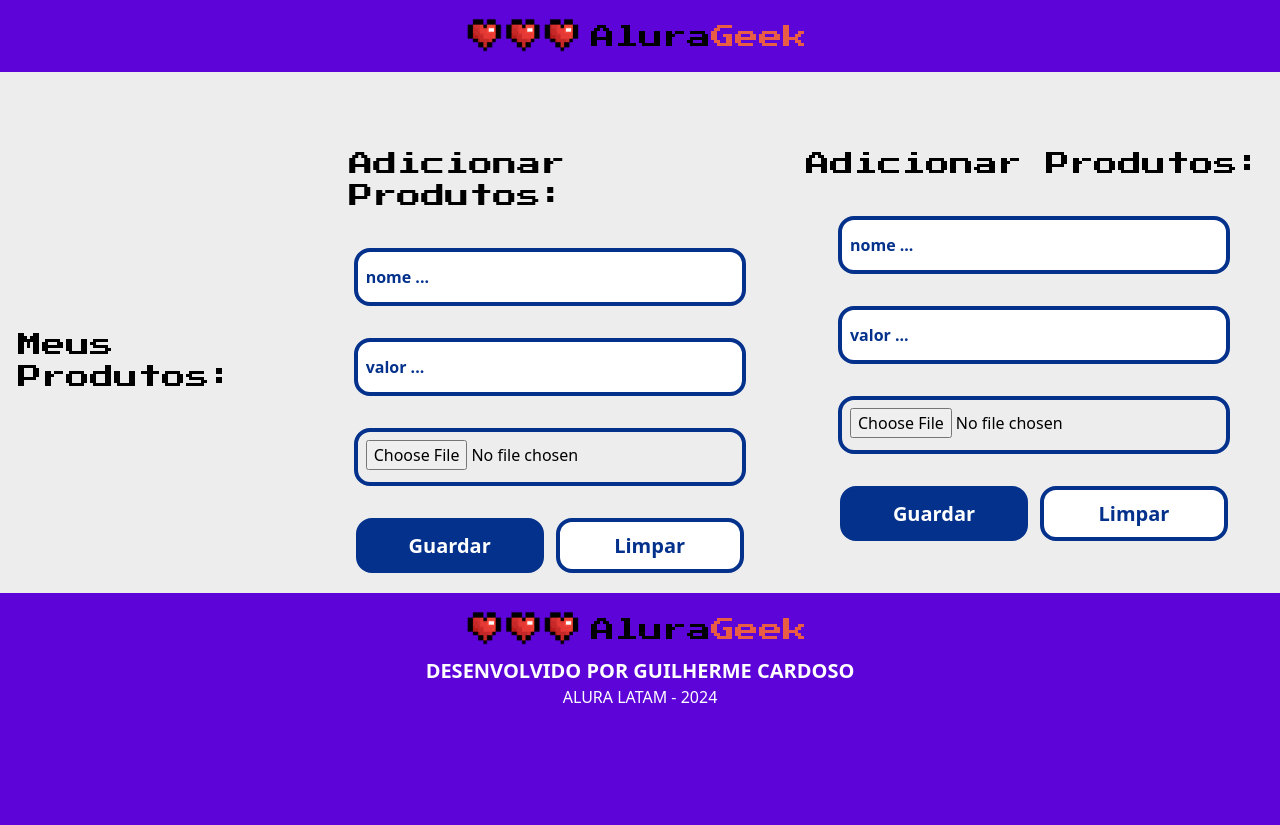
Repository: guilhermecardoso93/alura-geek
Page: /
These files come from the project's save history. The page is drawn as it stood at one moment and after the next save; the edit follows.
The browser window is 1280 px wide. The pictures show the whole page.
The project was rebuilt for these pictures with package versions that can differ from the ones it lists, and the page was loaded fresh each time. Also part of the build but not shown: vite.config.js.

Above is the page before, as saved 2024-05-19 14:28:04.

After the next save:
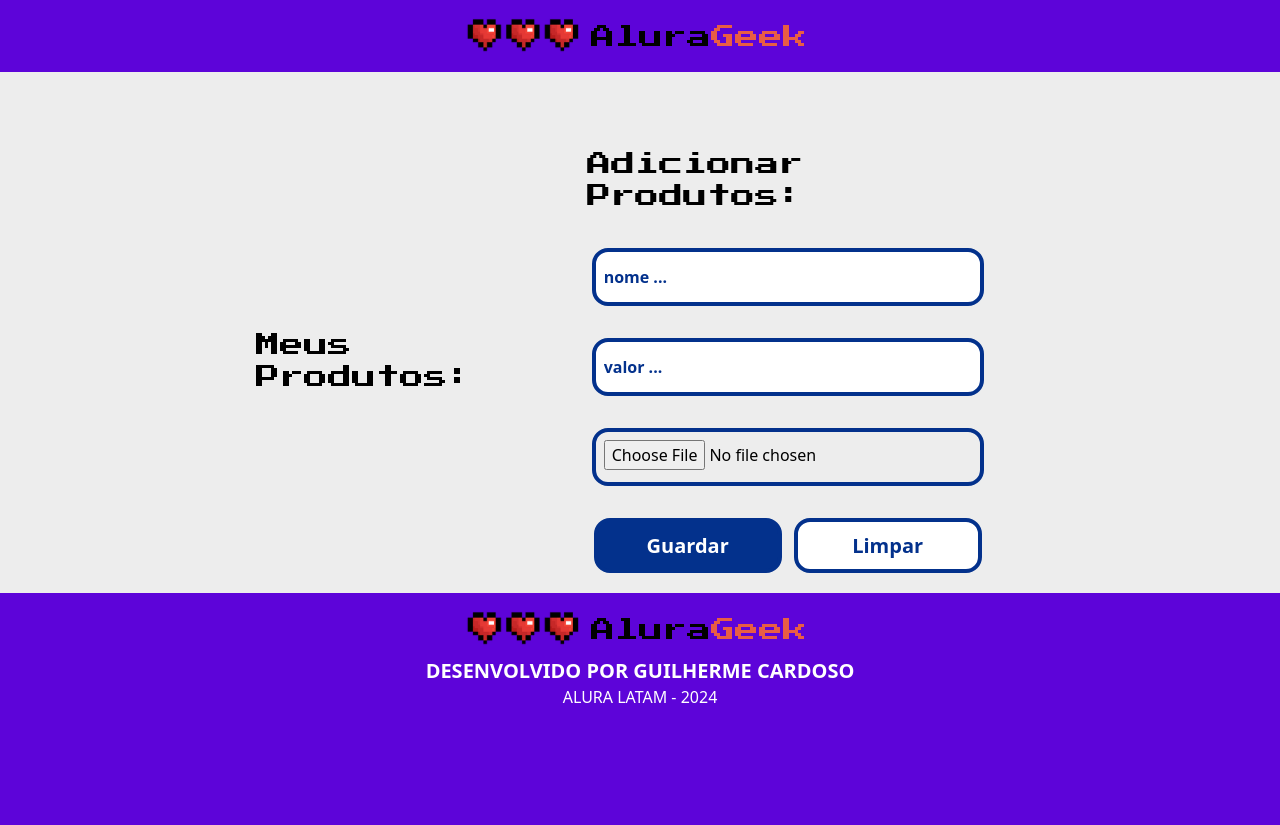
Saved 13 s later.
--- a/src/components/main.jsx
+++ b/src/components/main.jsx
@@ -5,7 +5,6 @@
   return (
     <div className="flex mt-14 lg:flex-row sm:flex-col-reverse gap-5">
       <Products />
-      <Form />
     </div>
   )
 }
